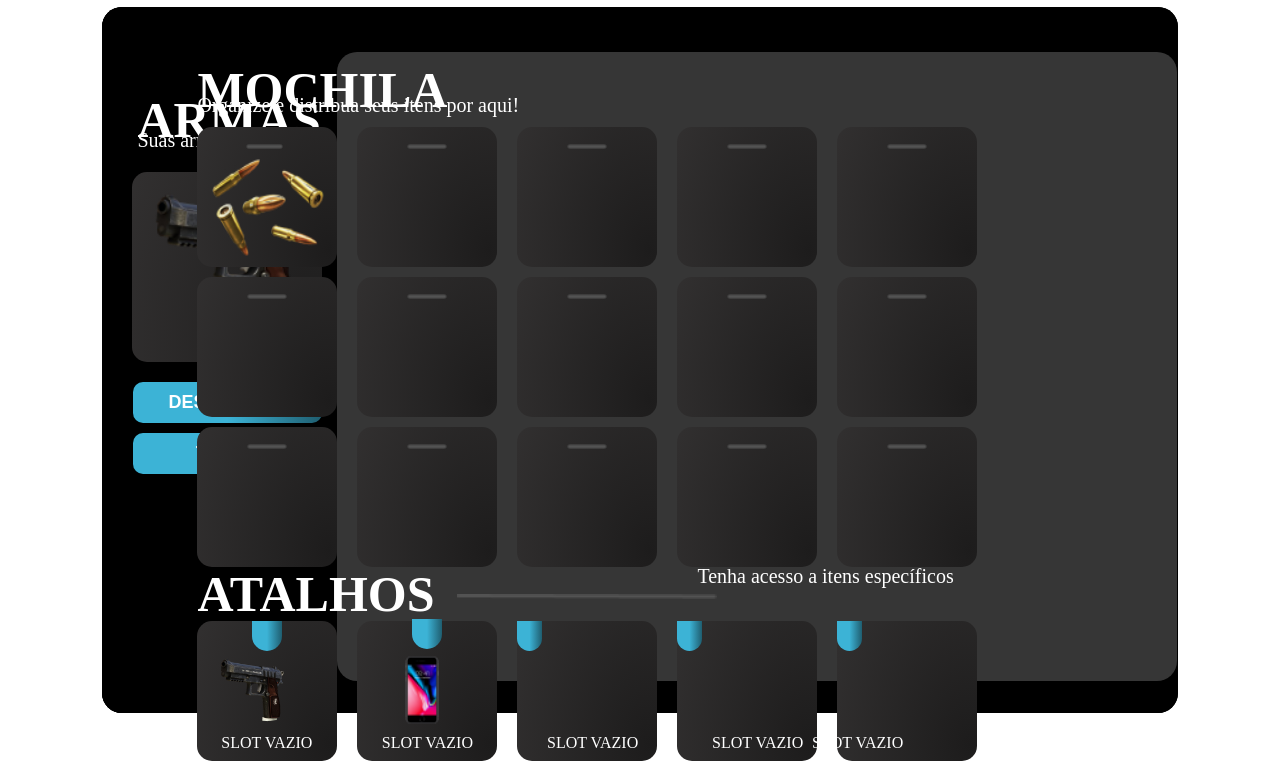
Repository: DuMCorrea/Mochila
Page: index.html
These files come from the project's save history. The page is drawn as it stood at one moment and after the next save; the edit follows.
The browser window is 1280 px wide. The pictures show the whole page.
Some web fonts or font styles are not loaded; a fallback is used.

Above is the page before, as saved 2024-09-03 11:01:52.

After the next save:
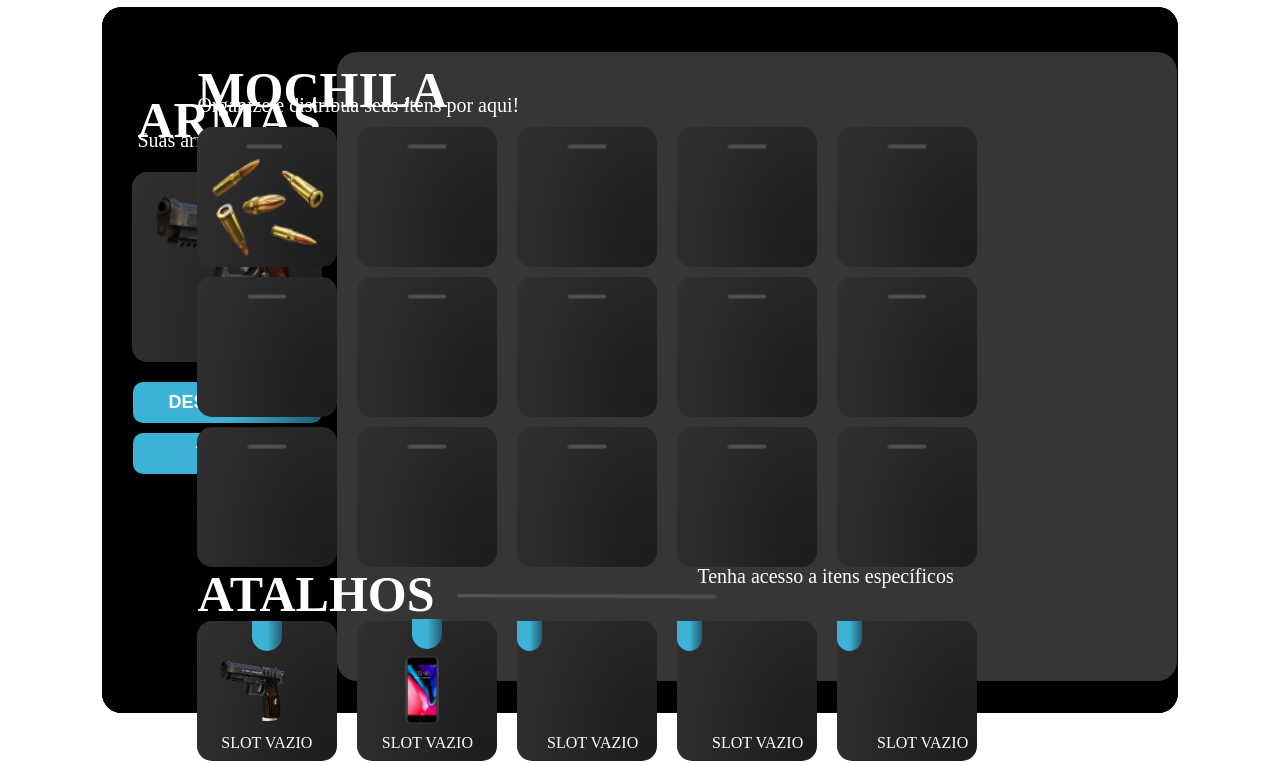
Saved 7 s later.
--- a/index.html
+++ b/index.html
@@ -108,7 +108,7 @@
                             </div>
                             <div class="square">
                                 <div class="blue-square"></div>
-                                <p style="font-size: 16px; position: relative; top: 60px; right: 50px; white-space: nowrap;" >SLOT VAZIO</p>
+                                <p style="font-size: 16px; position: relative; top: 60px; left: 15px; white-space: nowrap;" >SLOT VAZIO</p>
                             </div>
                         </div>
 
